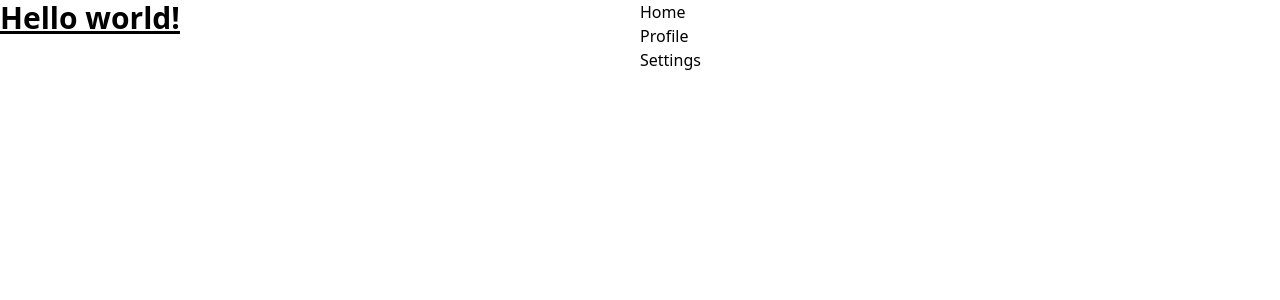
Repository: Yh010/dukaanDashboard
Page: /
The author's editor kept a copy of each file at every save. The page is drawn from the files as they stood at one save, then again after the next save.
The browser window is 1280 px wide. The pictures show the whole page.
The project was rebuilt for these pictures with package versions that can differ from the ones it lists, and the page was loaded fresh each time. Also part of the build but not shown: vite.config.js, src/App.css.

Above is the page before, as saved 2024-01-21 11:03:36.

### src/App.jsx
/* import { useState } from 'react' */
/* import reactLogo from './assets/react.svg'
import viteLogo from '/vite.svg' */
import './App.css'
import SideNavBar from './components/sidenavbar'

function App() {
/*   const [count, setCount] = useState(0) */

  return (
    <div className='grid grid-cols-2'>
        <h1 className="text-3xl font-bold underline">
            Hello world!
        </h1>
        <SideNavBar/>
    </div>

  )
}

export default App

### src/components/sidenavbar.jsx
function SideNavBar() {
    return (
        <div className="sidenavbar">
            <ul>
                <li>Home</li>
                <li>Profile</li>
                <li>Settings</li>
            </ul>
        </div>
    );
}

export default SideNavBar;

Loaded but not shown: index.html (common file); src/main.jsx (common file); src/index.css (common file); tailwind.config.js (common file)

After the next save:
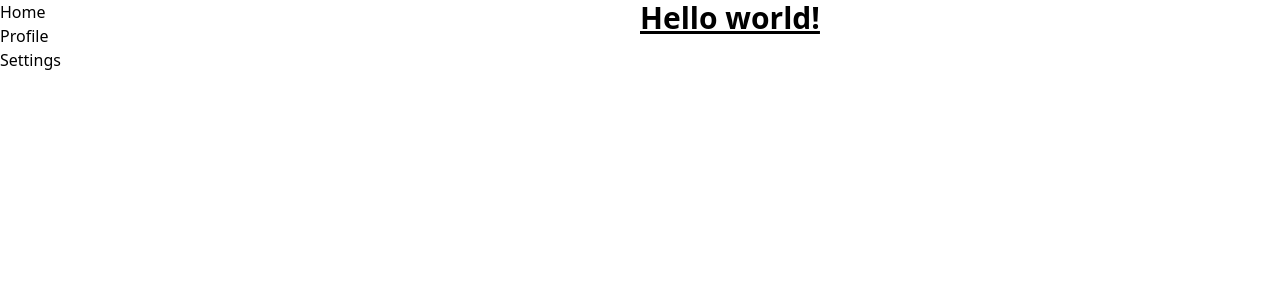
Saved 11 s later.
--- a/src/App.jsx
+++ b/src/App.jsx
@@ -9,10 +9,11 @@ function App() {
 
   return (
     <div className='grid grid-cols-2'>
+       <SideNavBar/>
         <h1 className="text-3xl font-bold underline">
             Hello world!
         </h1>
-        <SideNavBar/>
+
     </div>
 
   )
